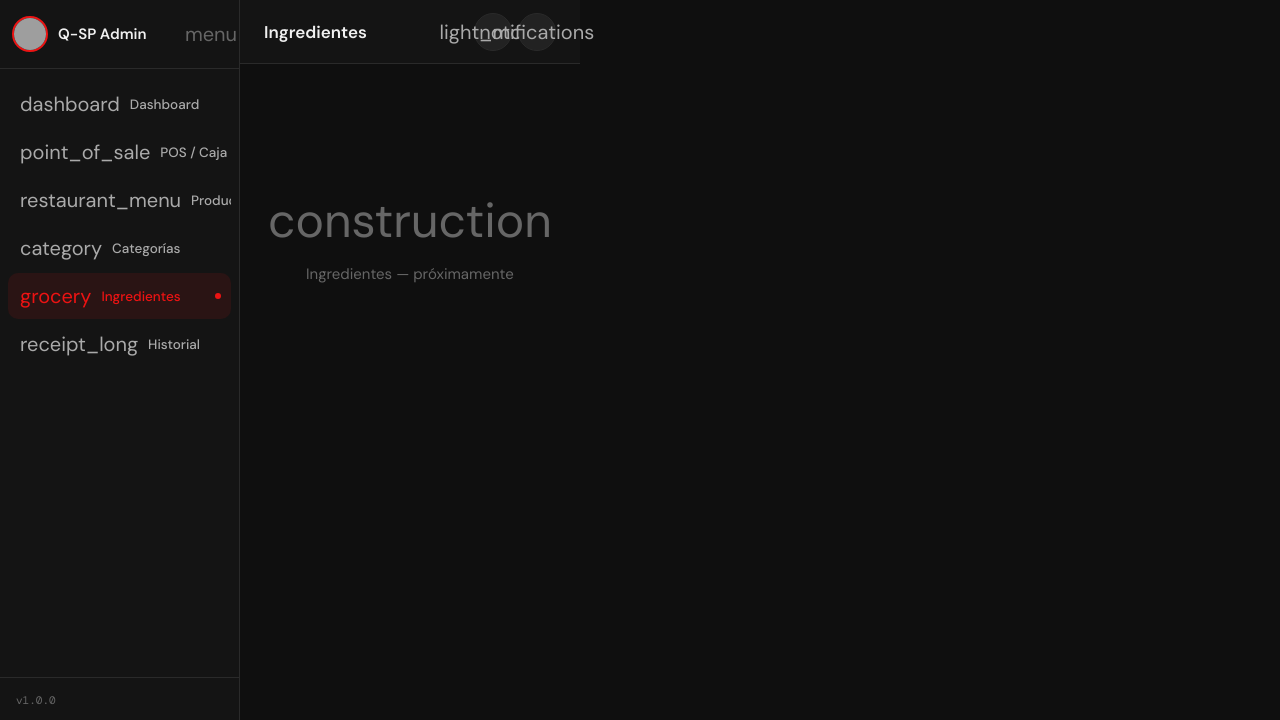
Repository: JhonnyDiaz4753/Admin_Q_sopa
Page: /ingredientes
An editor plug-in stored every save of this project. The page is shown before and after the next save, followed by the edit.
The browser window is 1280 px wide. The pictures show the whole page.
Pictures or frames that could not be fetched are drawn as grey boxes. The project was rebuilt for these pictures with package versions that can differ from the ones it lists, and the page was loaded fresh each time. Also part of the build but not shown: vite.config.js, src/components/Dashboard/Dashboard.css, src/services/api.js, src/components/Dashboard/Dashboard.jsx.

Above is the page before, as saved 2026-03-13 19:04:26.

### index.html
<!doctype html>
<html lang="en">
  <head>
    <meta charset="UTF-8" />
    <link rel="icon" type="image/svg+xml" href="/favicon.svg" />
    <meta name="viewport" content="width=device-width, initial-scale=1.0" />
    <title>admin-q-sopa</title>
  </head>
  <body>
    <div id="root"></div>
    <script type="module" src="/src/main.jsx"></script>
  </body>
</html>

### src/main.jsx
import { StrictMode } from 'react'
import { createRoot } from 'react-dom/client'
import "./index.css"
import "./theme.css"
import App from './App.jsx'

createRoot(document.getElementById('root')).render(
  <StrictMode>
    <App />
  </StrictMode>,
)

### src/index.css
/* Reset limpio — todo lo maneja theme.css */
*, *::before, *::after {
  box-sizing: border-box;
  margin: 0;
  padding: 0;
}

### src/theme.css
@import url('https://fonts.googleapis.com/css2?family=DM+Sans:wght@300;400;500;600&family=DM+Mono:wght@400;500&display=swap');

:root {
  --accent:          #ec1313;
  --accent-hover:    #c40b0b;
  --accent-soft:     rgba(236,19,19,0.10);
  --accent-glow:     rgba(236,19,19,0.25);

  --bg-page:         #0f0f0f;
  --bg-sidebar:      #141414;
  --bg-card:         #1a1a1a;
  --bg-element:      #222222;
  --bg-input:        #1e1e1e;

  --border:          #2a2a2a;
  --border-light:    #333333;

  --text-1:          #f0f0f0;
  --text-2:          #aaaaaa;
  --text-3:          #666666;

  --success:         #22c55e;
  --warning:         #f59e0b;
  --info:            #3b82f6;

  --sidebar-w:       240px;
  --topbar-h:        64px;
  --radius:          10px;
  --radius-lg:       16px;

  --font-main:       'DM Sans', sans-serif;
  --font-mono:       'DM Mono', monospace;

  --transition:      background-color 0.25s ease, color 0.25s ease, border-color 0.25s ease;
}

html.light {
  --bg-page:         #f2f2f0;
  --bg-sidebar:      #ffffff;
  --bg-card:         #ffffff;
  --bg-element:      #f0f0ee;
  --bg-input:        #f7f7f5;

  --border:          #e5e5e0;
  --border-light:    #d8d8d3;

  --text-1:          #111111;
  --text-2:          #555555;
  --text-3:          #999999;
}

*, *::before, *::after {
  box-sizing: border-box;
  margin: 0;
  padding: 0;
  transition: var(--transition);
}

body {
  font-family: var(--font-main);
  background: var(--bg-page);
  color: var(--text-1);
  min-height: 100vh;
  font-size: 14px;
  -webkit-font-smoothing: antialiased;
}

#root {
  display: flex;
  min-height: 100vh;
}

button { font-family: var(--font-main); cursor: pointer; }
input, select, textarea { font-family: var(--font-main); }
a { text-decoration: none; color: inherit; }

### src/App.jsx
import { BrowserRouter, Routes, Route } from "react-router-dom";
import "./theme.css";
import AdminLayout from "./components/AdminLayout";
import Dashboard   from "./components/Dashboard/Dashboard";


const Placeholder = ({ name }) => (
  <div style={{
    display: "flex", flexDirection: "column", alignItems: "center",
    justifyContent: "center", height: "40vh", gap: 12,
    color: "var(--text-3)"
  }}>
    <span className="material-symbols-outlined" style={{ fontSize: 48 }}>construction</span>
    <p style={{ fontSize: 15 }}>{name} — próximamente</p>
  </div>
);
function App() {

  return (
      <BrowserRouter>
      <Routes>
        <Route element={<AdminLayout />}>
          <Route index                   element={<Dashboard />} />
          <Route path="pos"              element={<Placeholder name="POS / Caja" />} />
          <Route path="productos"        element={<Placeholder name="Productos" />} />
          <Route path="categorias"       element={<Placeholder name="Categorías" />} />
          <Route path="ingredientes"     element={<Placeholder name="Ingredientes" />} />
          <Route path="ventas"           element={<Placeholder name="Historial de ventas" />} />
        </Route>
      </Routes>
    </BrowserRouter>
  );

}

export default App

### src/components/AdminLayout.jsx
import { useState } from "react";
import { Outlet, useLocation } from "react-router-dom";
import Sidebar from "./Sidebar/Sidebar";
import Topbar from "./Topbar/Topbar";
import "./AdminLayout.css";

const TITLES = {
  "/":            "Dashboard",
  "/pos":         "POS / Caja",
  "/productos":   "Productos",
  "/categorias":  "Categorías",
  "/ingredientes":"Ingredientes",
  "/ventas":      "Historial de ventas",
};

export default function AdminLayout() {
  const [collapsed, setCollapsed]       = useState(false);
  const [mobileOpen, setMobileOpen]     = useState(false);
  const { pathname } = useLocation();
  const title = TITLES[pathname] ?? "Admin";

  return (
    <div className="admin-shell">
      {/* Overlay móvil */}
      {mobileOpen && (
        <div className="mobile-overlay" onClick={() => setMobileOpen(false)} />
      )}

      <Sidebar
        collapsed={collapsed}
        onToggle={() => setCollapsed(c => !c)}
        mobileOpen={mobileOpen}
      />

      <div className={`admin-main ${collapsed ? "sidebar-collapsed" : ""}`}>
        <Topbar
          title={title}
          onMobileMenu={() => setMobileOpen(o => !o)}
        />
        <main className="admin-content">
          <Outlet />
        </main>
      </div>
    </div>
  );
}

### src/components/Sidebar/Sidebar.jsx
import { NavLink } from "react-router-dom";
import "./Sidebar.css";
import logo from "../../assets/hero.png"; // ajusta la ruta a tu logo

const NAV = [
  { to: "/",           icon: "dashboard",       label: "Dashboard"   },
  { to: "/pos",        icon: "point_of_sale",   label: "POS / Caja"  },
  { to: "/productos",  icon: "restaurant_menu", label: "Productos"   },
  { to: "/categorias", icon: "category",        label: "Categorías"  },
  { to: "/ingredientes",icon:"grocery",         label: "Ingredientes"},
  { to: "/ventas",     icon: "receipt_long",    label: "Historial"   },
];

export default function Sidebar({ collapsed, onToggle }) {
  return (
    <aside className={`sidebar ${collapsed ? "collapsed" : ""}`}>
      {/* Header */}
      <div className="sidebar-header">
        <div className="sidebar-brand">
          <img src={logo} alt="logo" className="sidebar-logo" />
          {!collapsed && <span className="sidebar-name">Q-SP Admin</span>}
        </div>
        <button className="sidebar-toggle" onClick={onToggle} aria-label="toggle sidebar">
          <span className="material-symbols-outlined">
            {collapsed ? "menu_open" : "menu"}
          </span>
        </button>
      </div>

      {/* Nav */}
      <nav className="sidebar-nav">
        {NAV.map(item => (
          <NavLink
            key={item.to}
            to={item.to}
            end={item.to === "/"}
            className={({ isActive }) => `nav-item ${isActive ? "active" : ""}`}
            title={collapsed ? item.label : ""}
          >
            <span className="material-symbols-outlined nav-icon">{item.icon}</span>
            {!collapsed && <span className="nav-label">{item.label}</span>}
            {!collapsed && <span className="nav-indicator" />}
          </NavLink>
        ))}
      </nav>

      {/* Footer */}
      <div className="sidebar-footer">
        {!collapsed && <span className="sidebar-version">v1.0.0</span>}
      </div>
    </aside>
  );
}

### src/components/Topbar/Topbar.jsx
import "./Topbar.css";
import { useTheme } from "../../hooks/useTheme";

export default function Topbar({ title, onMobileMenu }) {
  const { theme, toggle } = useTheme();

  return (
    <header className="topbar">
      {/* Mobile menu btn */}
      <button className="topbar-menu-btn" onClick={onMobileMenu} aria-label="menu">
        <span className="material-symbols-outlined">menu</span>
      </button>

      <h1 className="topbar-title">{title}</h1>

      <div className="topbar-actions">
        {/* Theme toggle */}
        <button className="topbar-btn" onClick={toggle} title={theme === "dark" ? "Modo claro" : "Modo oscuro"}>
          <span className="material-symbols-outlined">
            {theme === "dark" ? "light_mode" : "dark_mode"}
          </span>
        </button>

        {/* Notifications placeholder */}
        <button className="topbar-btn" title="Notificaciones">
          <span className="material-symbols-outlined">notifications</span>
        </button>
      </div>
    </header>
  );
}

### src/components/AdminLayout.css
.admin-shell {
  display: flex;
  min-height: 100vh;
  background: var(--bg-page);
}

.mobile-overlay {
  position: fixed;
  inset: 0;
  background: rgba(0,0,0,0.6);
  backdrop-filter: blur(2px);
  z-index: 49;
}

/* Main panel — se desplaza según el sidebar */
.admin-main {
  margin-left: var(--sidebar-w);
  flex: 1;
  display: flex;
  flex-direction: column;
  min-height: 100vh;
  transition: margin-left 0.25s cubic-bezier(0.4,0,0.2,1);
}

.admin-main.sidebar-collapsed {
  margin-left: 64px;
}

.admin-content {
  flex: 1;
  padding: 28px;
  overflow-y: auto;
}

@media (max-width: 768px) {
  .admin-main {
    margin-left: 0 !important;
  }

  .admin-content {
    padding: 16px;
  }
}

### src/components/Sidebar/Sidebar.css
.sidebar {
  width: var(--sidebar-w);
  min-height: 100vh;
  background: var(--bg-sidebar);
  border-right: 1px solid var(--border);
  display: flex;
  flex-direction: column;
  position: fixed;
  top: 0; left: 0; bottom: 0;
  z-index: 50;
  transition: width 0.25s cubic-bezier(0.4,0,0.2,1);
  overflow: hidden;
}

.sidebar.collapsed { width: 64px; }

/* Header */
.sidebar-header {
  display: flex;
  align-items: center;
  justify-content: space-between;
  padding: 16px 12px;
  border-bottom: 1px solid var(--border);
  min-height: var(--topbar-h);
}

.sidebar-brand {
  display: flex;
  align-items: center;
  gap: 10px;
  overflow: hidden;
}

.sidebar-logo {
  width: 36px;
  height: 36px;
  border-radius: 50%;
  object-fit: cover;
  border: 2px solid var(--accent);
  flex-shrink: 0;
}

.sidebar-name {
  font-size: 15px;
  font-weight: 600;
  color: var(--text-1);
  white-space: nowrap;
}

.sidebar-toggle {
  background: none;
  border: none;
  color: var(--text-3);
  width: 32px;
  height: 32px;
  border-radius: 8px;
  display: flex;
  align-items: center;
  justify-content: center;
  flex-shrink: 0;
  transition: background 0.2s, color 0.2s;
}
.sidebar-toggle:hover {
  background: var(--bg-element);
  color: var(--text-1);
}
.sidebar-toggle .material-symbols-outlined { font-size: 20px; }

/* Nav */
.sidebar-nav {
  flex: 1;
  padding: 12px 8px;
  display: flex;
  flex-direction: column;
  gap: 2px;
  overflow-y: auto;
  scrollbar-width: none;
}
.sidebar-nav::-webkit-scrollbar { display: none; }

.nav-item {
  display: flex;
  align-items: center;
  gap: 10px;
  padding: 10px 12px;
  border-radius: var(--radius);
  color: var(--text-2);
  position: relative;
  transition: all 0.18s;
  white-space: nowrap;
  overflow: hidden;
}
.nav-item:hover {
  background: var(--bg-element);
  color: var(--text-1);
}
.nav-item.active {
  background: var(--accent-soft);
  color: var(--accent);
}

.nav-icon {
  font-size: 20px;
  flex-shrink: 0;
}

.nav-label {
  font-size: 13.5px;
  font-weight: 500;
}

.nav-indicator {
  position: absolute;
  right: 10px;
  width: 6px;
  height: 6px;
  border-radius: 50%;
  background: var(--accent);
  opacity: 0;
  transition: opacity 0.2s;
}
.nav-item.active .nav-indicator { opacity: 1; }

/* Footer */
.sidebar-footer {
  padding: 12px 16px;
  border-top: 1px solid var(--border);
}
.sidebar-version {
  font-size: 11px;
  color: var(--text-3);
  font-family: var(--font-mono);
}

/* Mobile overlay */
@media (max-width: 768px) {
  .sidebar {
    transform: translateX(-100%);
    transition: transform 0.25s cubic-bezier(0.4,0,0.2,1), width 0.25s;
  }
  .sidebar.mobile-open {
    transform: translateX(0);
    width: var(--sidebar-w) !important;
  }
}

### src/components/Topbar/Topbar.css
.topbar {
  height: var(--topbar-h);
  background: var(--bg-sidebar);
  border-bottom: 1px solid var(--border);
  display: flex;
  align-items: center;
  padding: 0 24px;
  gap: 16px;
  position: sticky;
  top: 0;
  z-index: 40;
}

.topbar-menu-btn {
  display: none;
  background: none;
  border: none;
  color: var(--text-2);
  width: 36px;
  height: 36px;
  border-radius: 8px;
  align-items: center;
  justify-content: center;
}

.topbar-title {
  font-size: 17px;
  font-weight: 600;
  color: var(--text-1);
  flex: 1;
}

.topbar-actions {
  display: flex;
  align-items: center;
  gap: 6px;
}

.topbar-btn {
  width: 38px;
  height: 38px;
  border-radius: 50%;
  background: var(--bg-element);
  border: 1px solid var(--border);
  color: var(--text-2);
  display: flex;
  align-items: center;
  justify-content: center;
  transition: all 0.2s;
}
.topbar-btn:hover {
  border-color: var(--accent);
  color: var(--accent);
}
.topbar-btn .material-symbols-outlined { font-size: 20px; }

@media (max-width: 768px) {
  .topbar-menu-btn { display: flex; }
  .topbar { padding: 0 16px; }
}

### src/hooks/useTheme.js
import { useState, useEffect } from "react";

export function useTheme() {
  const [theme, setTheme] = useState(
    () => localStorage.getItem("admin-theme") ?? "dark"
  );

  useEffect(() => {
    document.documentElement.classList.toggle("light", theme === "light");
    localStorage.setItem("admin-theme", theme);
  }, [theme]);

  const toggle = () => setTheme(t => t === "dark" ? "light" : "dark");

  return { theme, toggle };
}

After the next save:
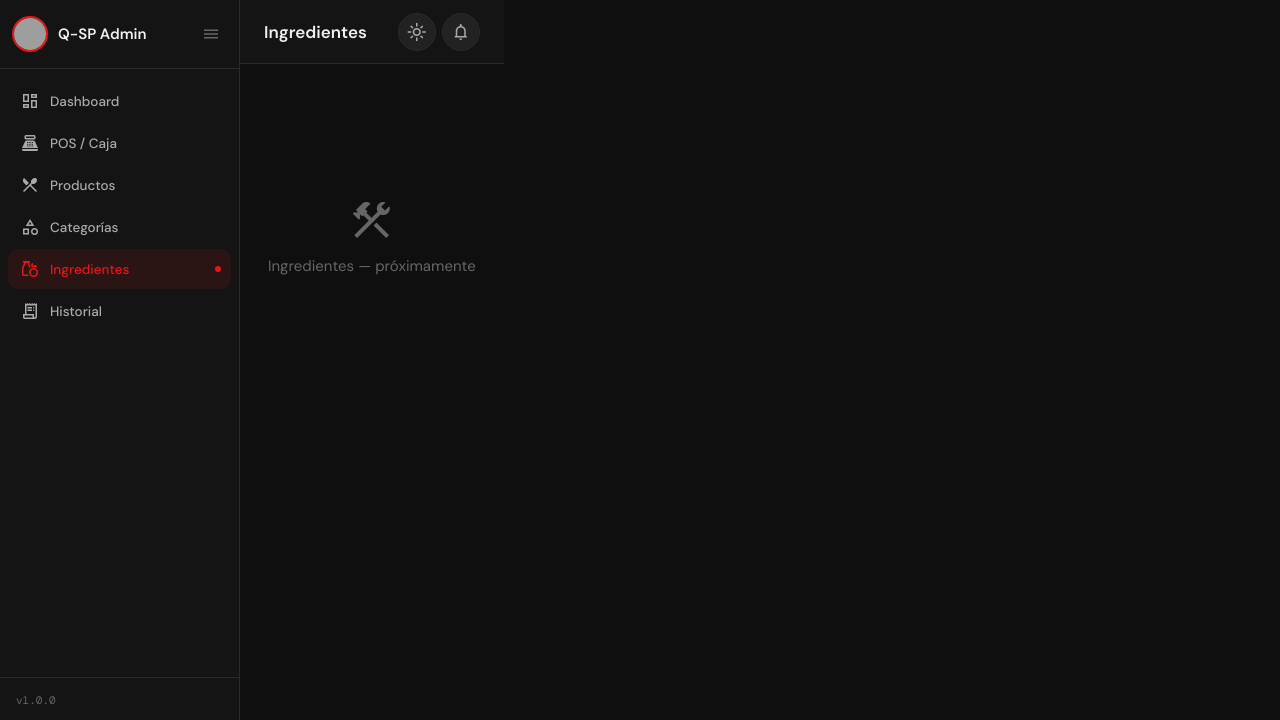
Saved 5 min 35 s later.
--- a/index.html
+++ b/index.html
@@ -5,6 +5,10 @@
     <link rel="icon" type="image/svg+xml" href="/favicon.svg" />
     <meta name="viewport" content="width=device-width, initial-scale=1.0" />
     <title>admin-q-sopa</title>
+    <!-- Material Symbols -->
+<link href="https://fonts.googleapis.com/css2?family=Material+Symbols+Outlined:opsz,wght,FILL,GRAD@20..48,100..700,0..1,-50..200" rel="stylesheet" />
+<!-- Google Fonts -->
+<link href="https://fonts.googleapis.com/css2?family=DM+Sans:wght@300;400;500;600&family=DM+Mono:wght@400;500&display=swap" rel="stylesheet" />
   </head>
   <body>
     <div id="root"></div>
